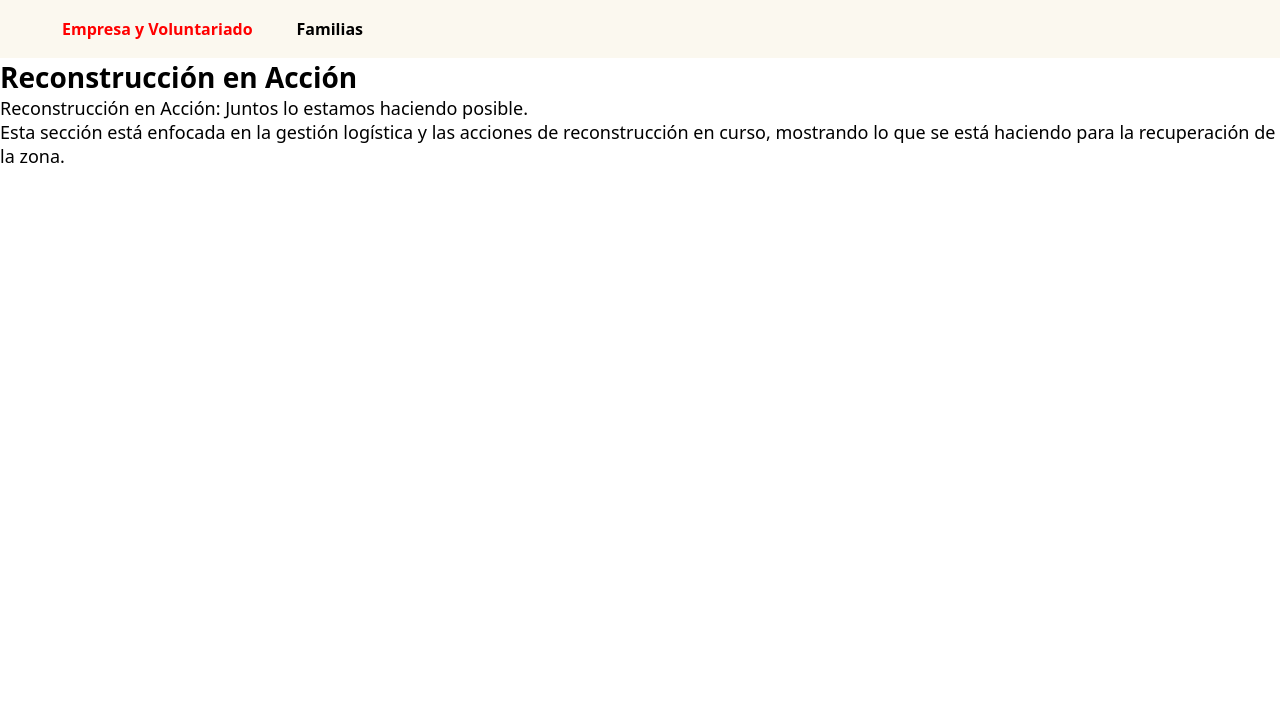
Repository: Synergy-club/reconstruction
Page: /
These files come from the project's save history. The page is drawn as it stood at one moment and after the next save; the edit follows.
The browser window is 1280 px wide. The pictures show the whole page.
The project was rebuilt for these pictures with package versions that can differ from the ones it lists, and the page was loaded fresh each time. Also part of the build but not shown: vite.config.js, src/views/Families/Families.jsx.

Above is the page before, as saved 2024-12-10 02:25:55.

After the next save:
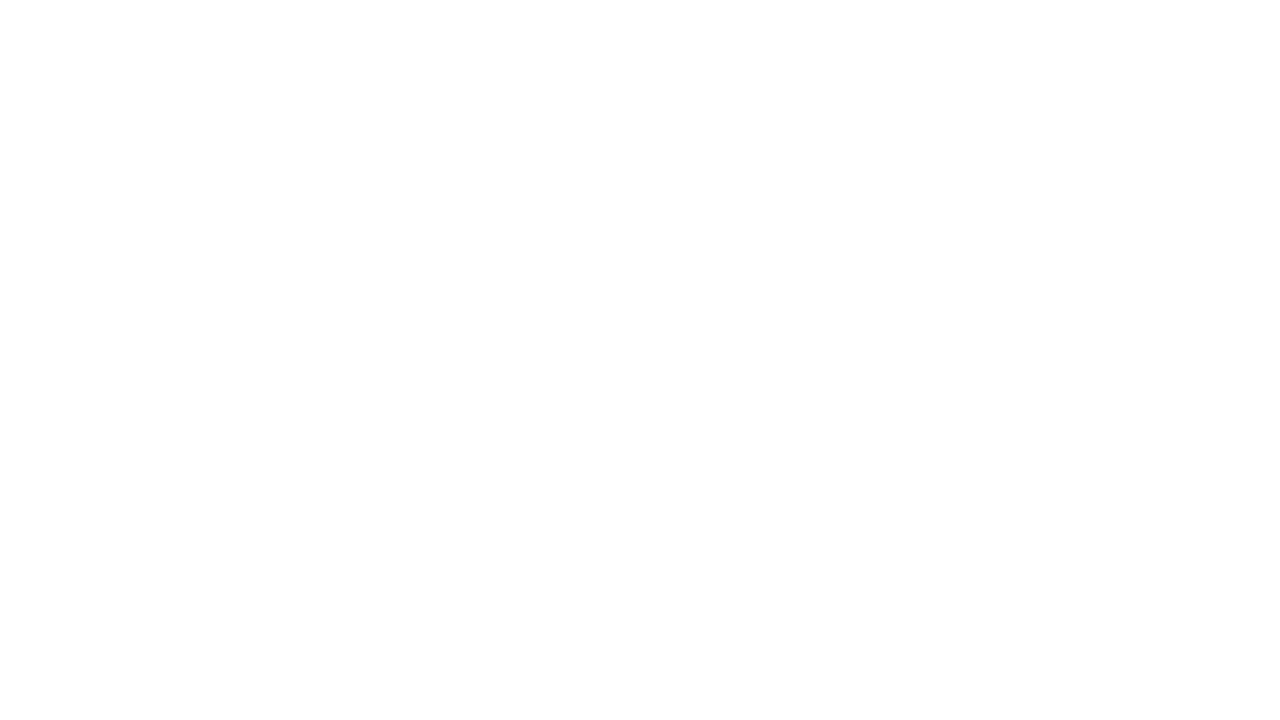
Console error: ReferenceError: donation is not defined
Saved 24 s later.
--- a/src/components/Container/Container.jsx
+++ b/src/components/Container/Container.jsx
@@ -2,8 +2,8 @@
 import { Helmet } from 'react-helmet'
 
 const Container = ({ arrayContent }) => {
-  const { body, donation } = arrayContent
-  console.log(donation)
+  const { body, donationBoxes } = arrayContent
+  console.log(donationBoxes)
 
   return (
     <>
@@ -25,8 +25,8 @@
       {/**CARD */}
       <div>
         {donation &&
-          Object.keys(donation).length > 0 &&
-          Object.values(donation).map((element, index) => (
+          Object.keys(donationBoxes).length > 0 &&
+          Object.values(donationBoxes).map((element, index) => (
             <div key={index}>
             <div>
               <h2>{element.title}</h2>

After the save that followed:
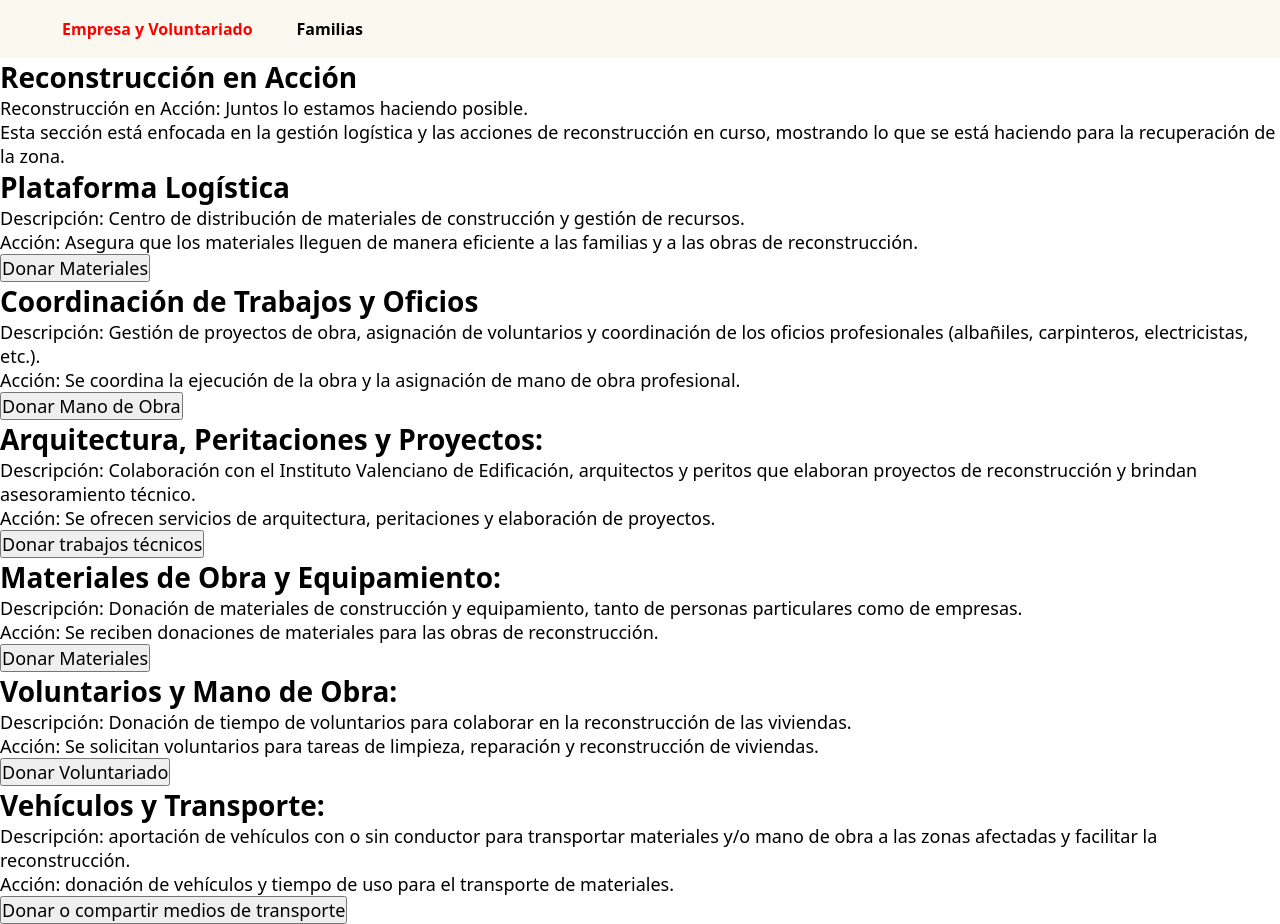
The error is gone.
Saved 11 s later.
--- a/src/components/Container/Container.jsx
+++ b/src/components/Container/Container.jsx
@@ -24,7 +24,7 @@
       </div>
       {/**CARD */}
       <div>
-        {donation &&
+        {donationBoxes &&
           Object.keys(donationBoxes).length > 0 &&
           Object.values(donationBoxes).map((element, index) => (
             <div key={index}>
